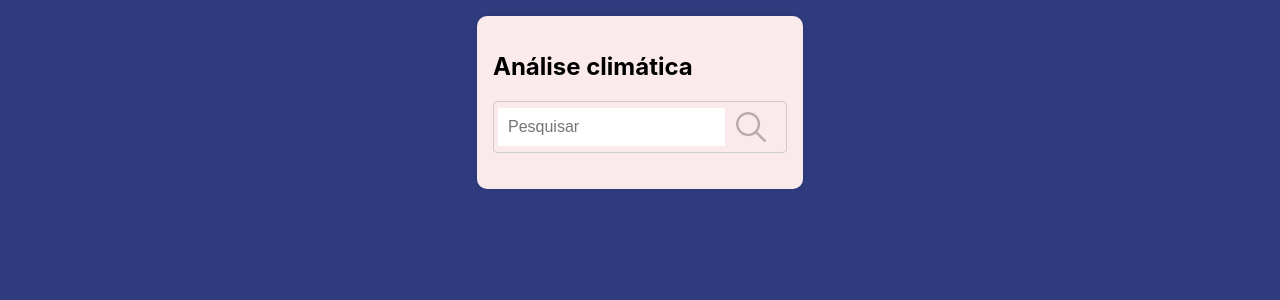
Repository: yurilemos/climate-check
Page: /
An editor plug-in stored every save of this project. The page is shown before and after the next save, followed by the edit.
The browser window is 1280 px wide. The pictures show the whole page.
The project was rebuilt for these pictures with package versions that can differ from the ones it lists, and the page was loaded fresh each time. Also part of the build but not shown: src/pages/notFound/index.jsx.

Above is the page before, as saved 2023-05-19 17:50:53.

After the next save:
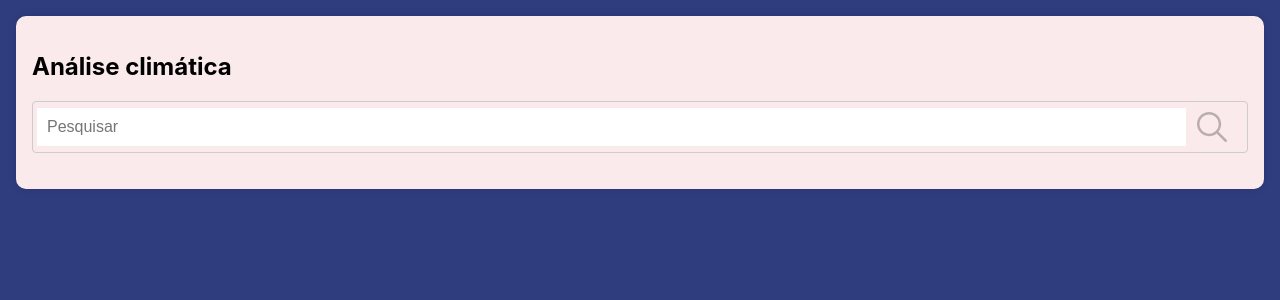
Saved 22 s later.
--- a/src/pages/home/style.js
+++ b/src/pages/home/style.js
@@ -5,8 +5,5 @@ export const HomeBody = styled.div`
 `;
 
 export const HomeContent = styled.div`
-  display: flex;
-  flex-direction: column;
-  align-items: center;
   width: 100%;
 `;
